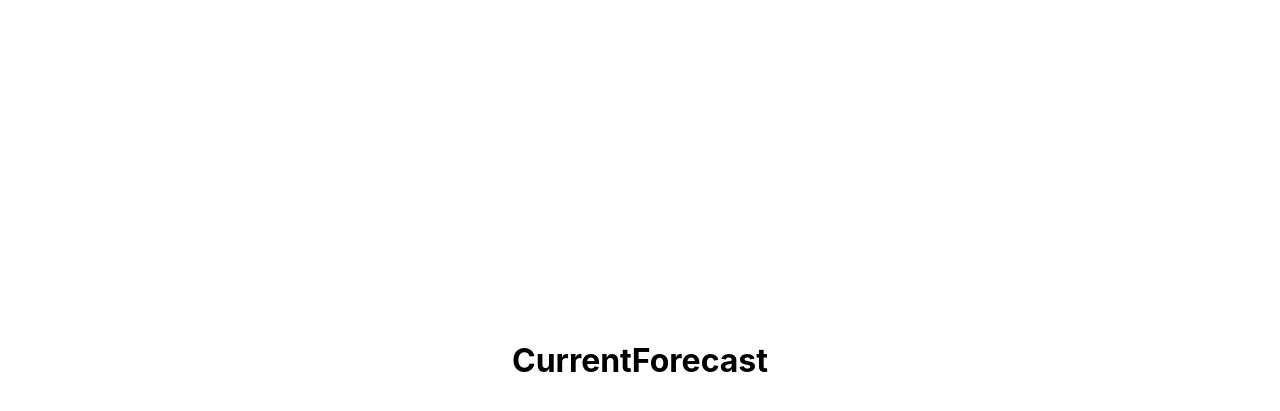
Repository: debthebuilder/bloom
Page: /
An editor plug-in stored every save of this project. The page is shown before and after a run of saves, followed by the edit.
The browser window is 1280 px wide. The pictures show the whole page.
The project was rebuilt for these pictures with package versions that can differ from the ones it lists, and the page was loaded fresh each time. Also part of the build but not shown: src/components/Splash.js.

Above is the page before, as saved 2022-11-10 23:34:55.

### src/App.js
// import logo from './logo.svg';

import "./scss/app.scss";
import { Current , Forecast} from "./components/index"

function App() {
  return (
    <div className="app">
      <div className="weather-container">
        <Current />
        <Forecast />
      </div>
    </div>
  );
}

export default App;

### src/scss/app.scss
@use "colors";
@import url(_splash.scss);


* {
    margin: 0;
    padding: 0;
    box-sizing: border-box;
}

body {
    background-color: colors.$white;
    color: colors.$black;
}

.app {
    width: 100%;
    height: 100vh;
    display: flex;
    flex-direction: column;
    justify-content: center;
    align-items: center;
}

.weather-container {
    display: flex;
}

### src/components/index.js
export { Current } from "./Current";
export { Forecast } from "./Forecast";
export { Splash }  from "./Splash";

### src/scss/_splash.scss
.weather-map {
    display: grid;
    width: 100%;
    height: 100vh;
    grid-template-columns: 1fr 1fr;
    position: relative;
    background-color: black;
    gap: 10px 20px;
    color: white;
    padding: 10px;
}
.weather {
    width: 100%;
    height: 305px;
    border-bottom: 10px solid black;
}
.sunshine {
    background-image: linear-gradient(yellow, orange);
}


.appTitle {
    font: {
        size: 6rem;
    }
}

### src/components/Current.js
export const Current = () => {
    return(
        <div>
            <h1>Current</h1>
        </div>
    )
}

### src/components/Forecast.js
export const Forecast = () => {
    return(
        <div>
            <h1>Forecast</h1>
        </div>
    )
}

Loaded but not shown: public/index.html (common file); src/index.js (common file); src/index.css (common file); src/reportWebVitals.js (common file); src/scss/_colors.scss (common file)

After the next 4 saves:
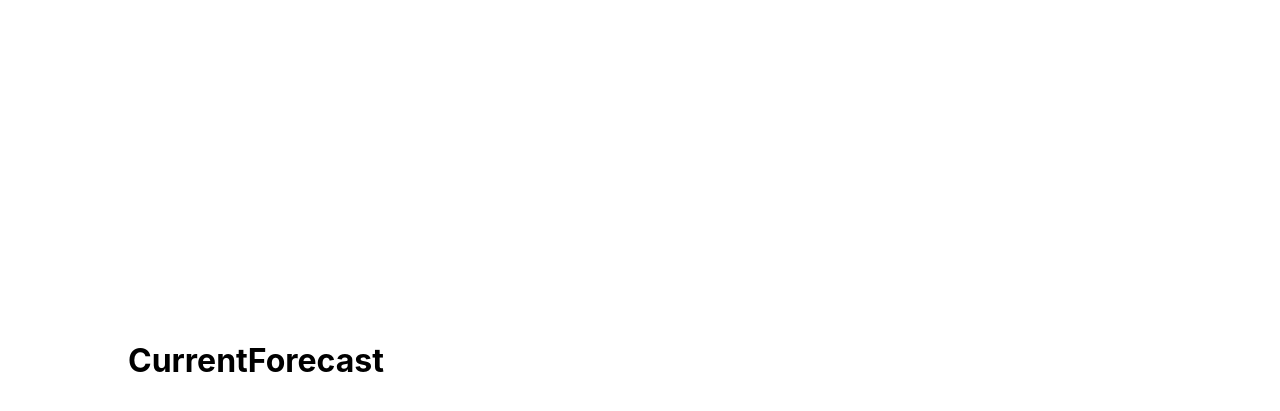
The 4 saves are shown as one change because 1 did not build or start and some came seconds apart.
The last was saved 51 s later.
--- a/src/scss/app.scss
+++ b/src/scss/app.scss
@@ -23,5 +23,6 @@ body {
 }
 
 .weather-container {
+    width: 80%;
     display: flex;
 }
